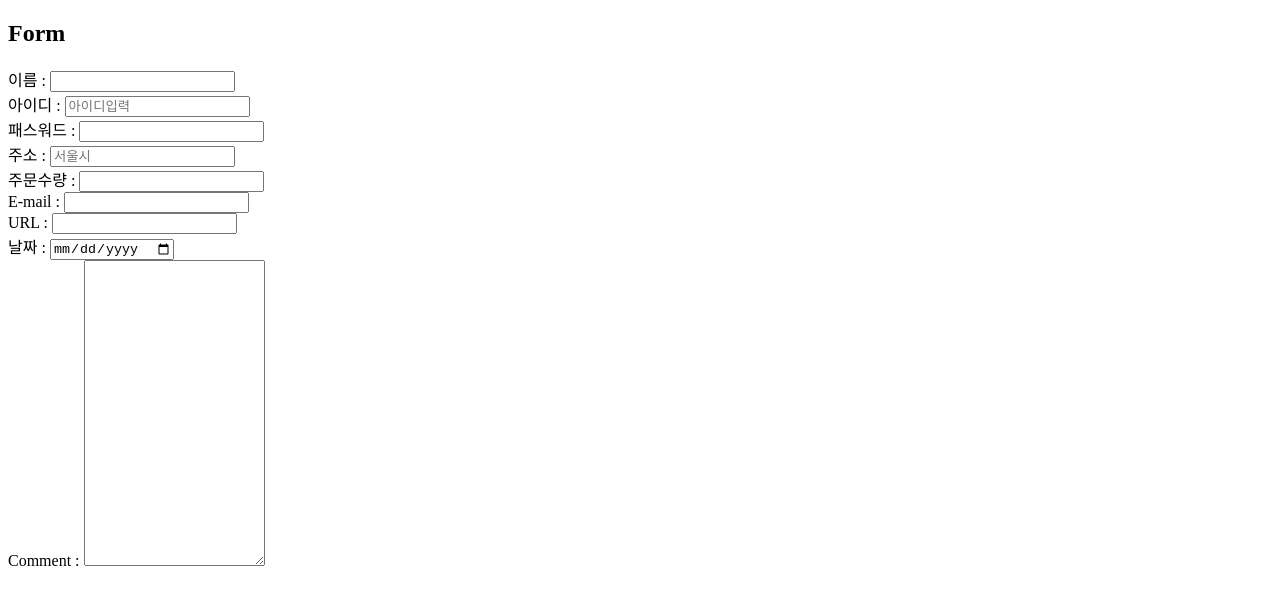
Repository: star-min/jsp_basic
Page: jsp1/web01/src/main/webapp/form.html
These files come from the project's save history. The page is drawn as it stood at one moment and after the next save; the edit follows.
The browser window is 1280 px wide. The pictures show the whole page.

Above is the page before, as saved 2022-04-22 05:17:53.

### jsp1/web01/src/main/webapp/form.html
<!DOCTYPE html>
<html>
<head>
<meta charset="UTF-8">
<title>From</title>
<style>

</style>
</head>
<body>
	<header>
		<h2>Form</h2>
	</header>
	<tbody>
		<div>
			<tr>
				<th>이름 : </th>
				<td>
					<input type="text" id="mname" name="mname" class="name">
					</br>
				</td>
			</tr>
			<tr>
				<th>아이디 : </th>
				<td>
					<input type="text" id="uid" name="uid" class="indata" placeholder="아이디입력" required>
					</br>
				</td>
			</tr>
			<tr>
				<th>패스워드 : </th>
				<td>
					<input type="password"  id="upw" name="upw" class="pw">
					</br>
				</td>
			</tr>
			<tr>
				<th>주소 : </th>
				<td>
					<input type="text" placeholder="서울시">
					</br>
				</td>
			</tr>
			<tr>
				<th>주문수량 : </th>
				<td>
					<input type="text" >
					</br>
				</td>
			</tr>
			<tr>
				<th>E-mail : </th>
				<td>
					<input type="text">
					</br>
				</td>
			</tr>
			<tr>
				<th>URL : </th>
				<td>
					<input type="text">
					</br>
				</td>
			</tr>
			<tr>
				<th>날짜 : </th>
				<td>
					<input type="date">
					</br>
				</td>
			</tr>
			<tr>
				<th>Comment : </th>
				<td>
					<textarea rows="20" cols="20"></textarea>
					</br>
				</td>
			</tr>
		</div>
	</tbody>
</body>
</html>

After the next save:
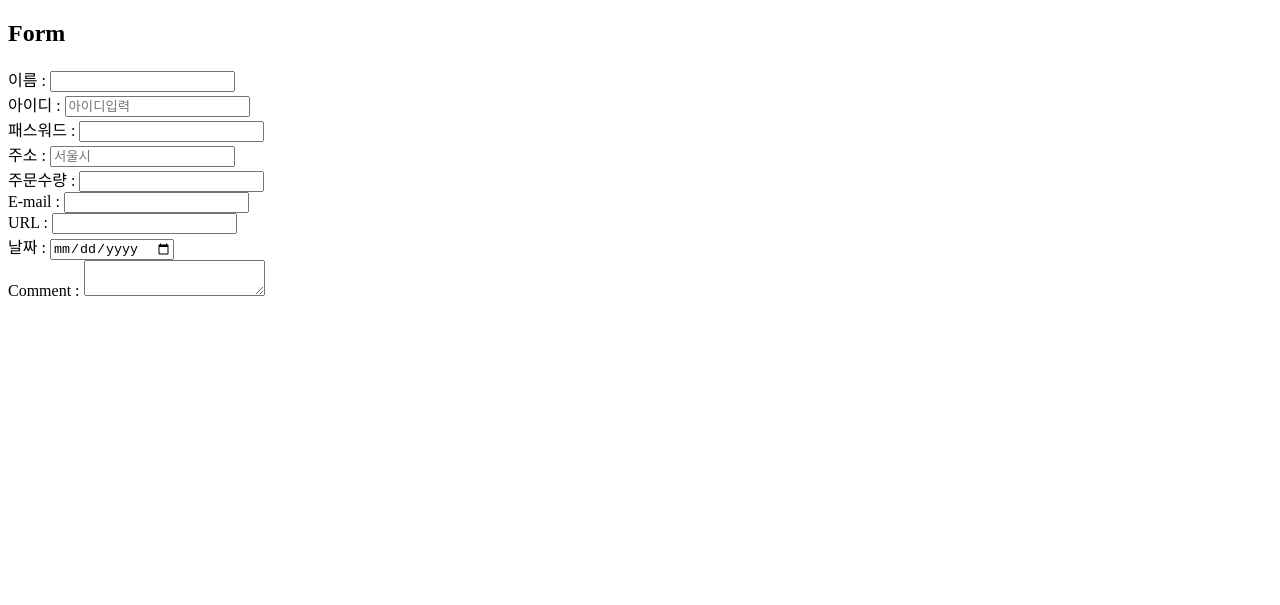
Saved 13 s later.
--- a/jsp1/web01/src/main/webapp/form.html
+++ b/jsp1/web01/src/main/webapp/form.html
@@ -72,7 +72,7 @@
 			<tr>
 				<th>Comment : </th>
 				<td>
-					<textarea rows="20" cols="20"></textarea>
+					<textarea rows="0" cols="20"></textarea>
 					</br>
 				</td>
 			</tr>
